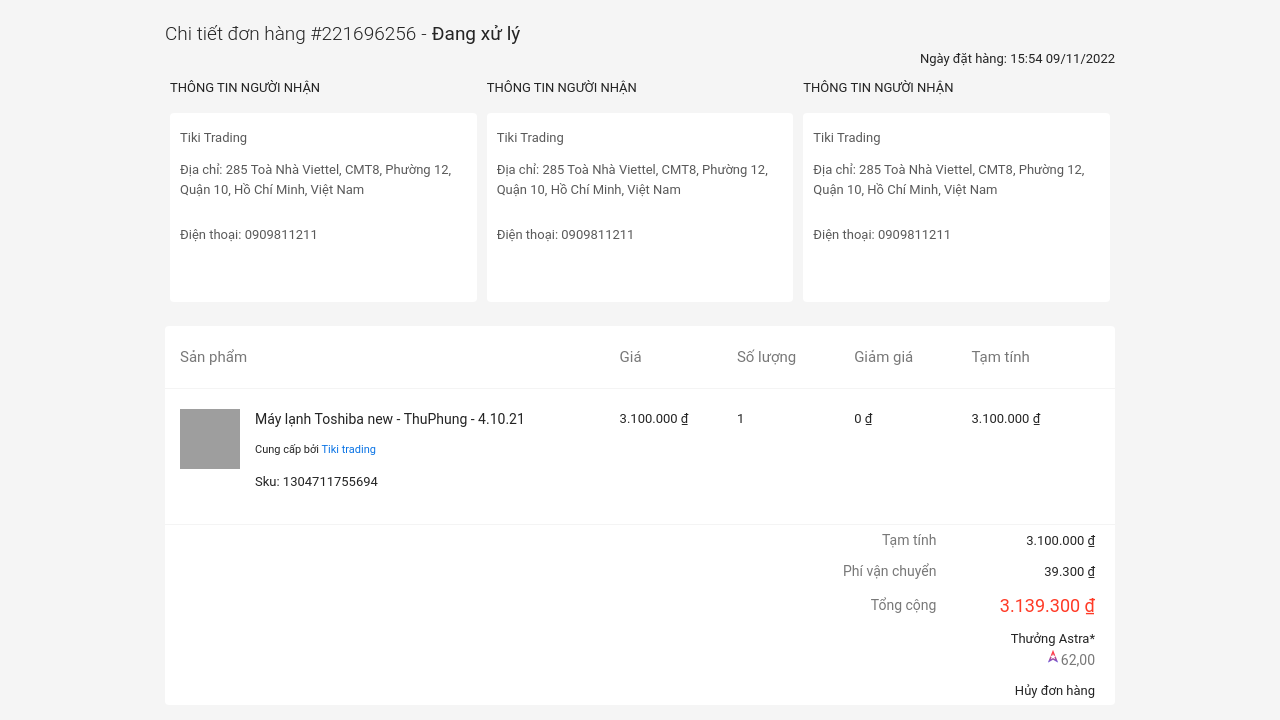
Repository: baopham2-tiki/tiki-order-listing
Page: /detailApp
An editor plug-in stored every save of this project. The page is shown before and after the next save, followed by the edit.
The browser window is 1280 px wide. The pictures show the whole page.
Pictures or frames that could not be fetched are drawn as grey boxes. The page's requests for data from a server got no answer. The project was rebuilt for these pictures with package versions that can differ from the ones it lists, and the page was loaded fresh each time. The framework's server and built-in components were replaced by stand-ins that run in the browser. No one was signed in, and anything a server would have sent is missing. Also part of the build but not shown: next.config.js.

Above is the page before, as saved 2022-11-12 12:03:06.

After the next save:
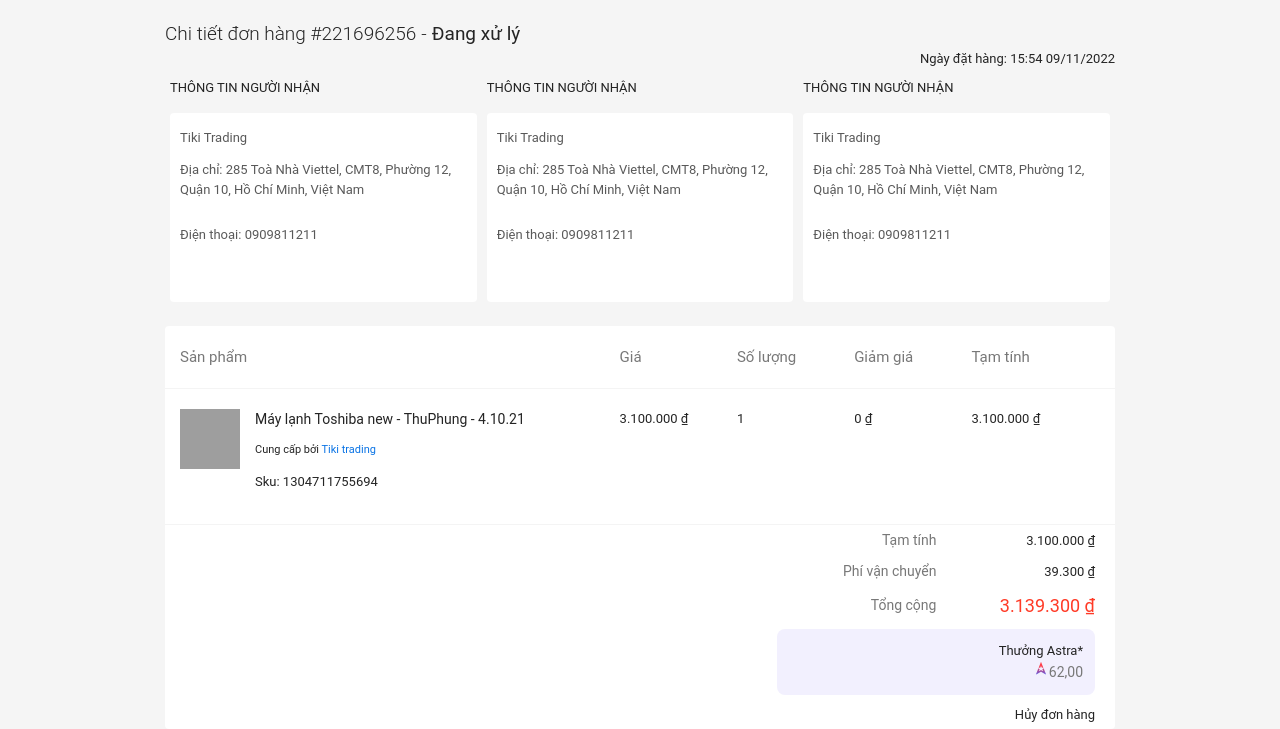
Saved 57 s later.
--- a/components/detail.jsx
+++ b/components/detail.jsx
@@ -161,6 +161,11 @@ const ProductList = styled.div`
           .astra-summary {
             float: right;
             width: 35%;
+            .styles__StyledAstraSummary-sc-108xqhy-0 {
+              background-color: rgb(242, 240, 254);
+              padding: 12px;
+              border-radius: 8px;
+            }
           }
         }
       }
